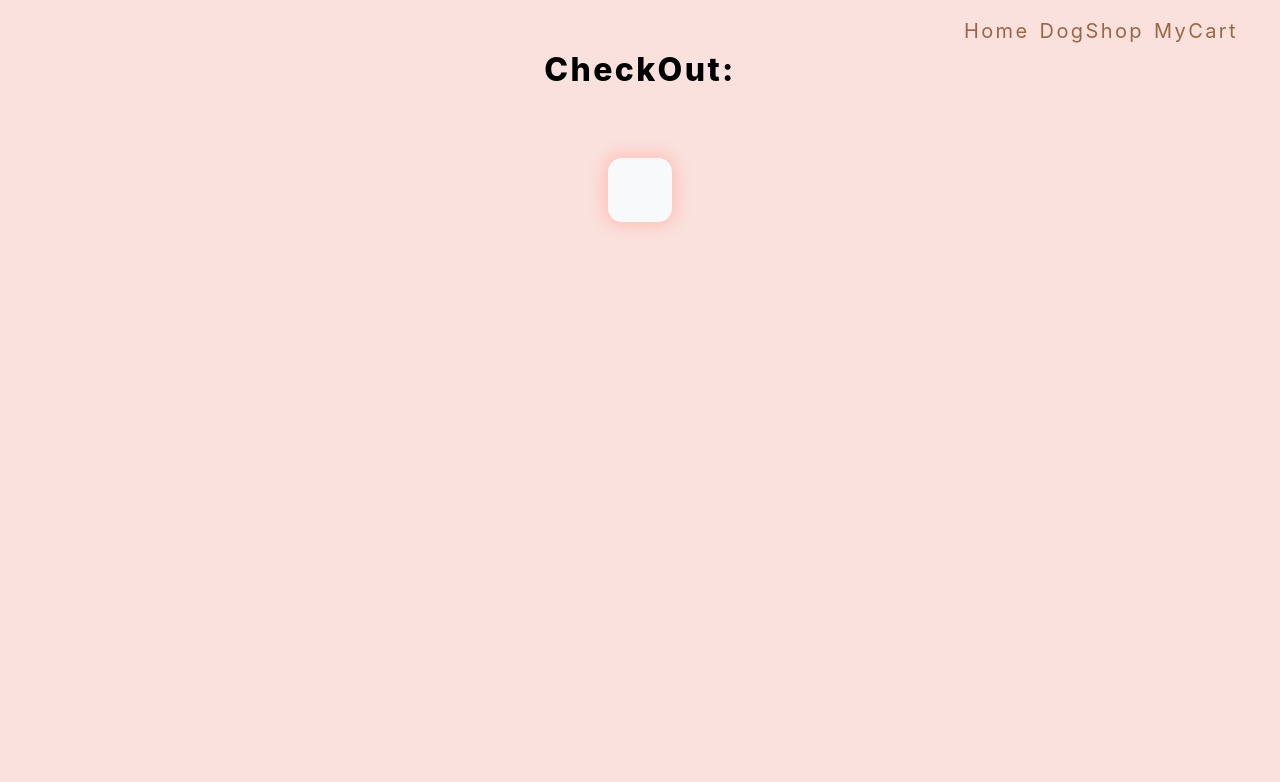
Repository: hoangbayern/dog_shop
Page: /cart (app in frontend/)
An editor plug-in stored every save of this project. The page is shown before and after the next save, followed by the edit.
The browser window is 1280 px wide. The pictures show the whole page.
The page's requests for data from a server got no answer. The project was rebuilt for these pictures with package versions that can differ from the ones it lists, and the page was loaded fresh each time. No one was signed in, and anything a server would have sent is missing. Also part of the build but not shown: frontend/src/components/Home/Home.jsx, frontend/src/components/Dogs/dogs.css, frontend/src/components/Dogs/DogsCart.jsx, frontend/src/components/Dogs/DogPage.jsx.

Above is the page before, as saved 2023-08-04 00:16:08.

### frontend/src/App.js
import "./App.css";
import { BrowserRouter, Routes, Route } from "react-router-dom";
import { Home } from "./components/Home/Home";
import { DogPage } from "./components/Dogs/DogPage";
import { MyCart } from "./components/Cart/MyCart";
import { Navbar } from "./components/Navbar/Navbar";
import { useEffect, useState } from "react";
import axios from "axios";
import { CartContext } from "./components/Contexts/CartContext";

function App() {
  const [allDogs, setAllDogs] = useState([]);
  const [myCart, addCart] = useState([]);

  useEffect(() => {
    async function getUser() {
      try {
        const response = await axios.get("http://localhost:8080/v1/dogs");
        console.log(response);
        setAllDogs(response.data);
      } catch (error) {
        console.error(error);
      }
    }
    getUser();
  }, []);
  return (
    <>
      <CartContext.Provider value={{myCart, addCart}}>
        <BrowserRouter>
          <Navbar />
          <div className="page-container">
            <Routes>
              <Route>
                <Route path="/" element={<Home />} />
                <Route path="/dogs" element={<DogPage allDogs={allDogs} />} />
                <Route path="/cart" element={<MyCart />} />
              </Route>
            </Routes>
          </div>
        </BrowserRouter>
      </CartContext.Provider>
    </>
  );
}

export default App;

### frontend/src/App.css
*,
*::before,
*::after {

  box-sizing: border-box;
  padding:0;
  margin: 0;
}

body {
  background-color: #fae1dd;
  min-height: 100vh;
  scroll-behavior: smooth;
  text-rendering: optimizeSpeed;
  line-height: 1.5;
  padding:1rem 2rem 1rem 2rem;
  font-size:1.25rem;
  letter-spacing: 0.15rem;
  font-family: 'Inter', sans-serif;
}

.page-container{
  display:flex;
  justify-content:center;
  height: 100vh;
}

### frontend/src/components/Cart/MyCart.jsx
import React, { useContext } from "react";
import { CartContext } from "../Contexts/CartContext";
import "./cart.css";

export const MyCart = () => {
  const { myCart } = useContext(CartContext);
  return (
    <>
      <section className="cart-container">
        <div className="cart-header">CheckOut:</div>
        <div className="cart-items">
          {myCart.map((item) => {
            return (
              <div className="cart-items">
                <img src={item.image} className="cart-item-img" alt="" />
                <span>{item.name}: {item.price}</span>
              </div>
            );
          })}
        </div>
      </section>
    </>
  );
};

### frontend/src/components/Navbar/Navbar.jsx
import React from 'react'
import { Link } from 'react-router-dom'
import "./narbar.css";

export const Navbar = () => {
  return (
    <>
        <div className='navbar'>
            <Link to='/'> Home </Link>
            <Link to='/dogs'> DogShop </Link>
            <Link to='/cart'> MyCart </Link>
        </div>
    </>
  )
}

### frontend/src/components/Contexts/CartContext.js
import { createContext } from "react";

export const CartContext = createContext([{}]);

### frontend/src/components/Cart/cart.css
.cart-container {
    display: flex;
    flex-direction: column;
    align-items: center;
  }
  .cart-items {
    text-align: center;
    margin-top: 4rem;
    background-color: #f8f9fa;
    box-shadow: 0px 0px 15px 5px #fec5bb;
    border-radius: 14px;
    font-size: 1.5rem;
    padding: 2rem;
  }
  .cart-item {
    display: flex;
    align-items: center;
    margin-bottom: 3rem;
  }
  .cart-header {
    font-size: 2rem;
    font-weight: 800;
  }
  .cart-item-img {
    border-radius: 50%;
    object-fit: cover;
    width: 70px;
    height: 70px;
    margin: 0rem 2rem 0 0;
  }

  .cart-total {
    font-weight: 800;
  }
  .cart-checkout {
    border: none;
    background-color: #fec5bb;
    border-radius: 14px;
    padding: 1rem;
    margin-top: 2rem;
    cursor: pointer;
    font-size: 1.5rem;
    transition:200ms ease-in-out;
  }
  .cart-checkout:hover, .cart-gohome:hover{
    background-color: #ff8fa3;
  }

  .cart-gohome {
    border: none;
    background-color: white;
    border-radius: 14px;
    padding: 1rem;
    margin-top: 2rem;
    cursor: pointer;
    font-size: 1rem;
    transition:200ms ease-in-out;
  }

### frontend/src/components/Navbar/narbar.css
.navbar {
    display: flex;
    justify-content: end;
    flex-direction: row;
}
.navbar > * {
    padding-right: 10px;
    text-decoration: none;
    color: #9c6644;
}
.navbar > *:hover {
    color: #e76f51;
}

Loaded but not shown: frontend/src/index.js (common file)

After the next save:
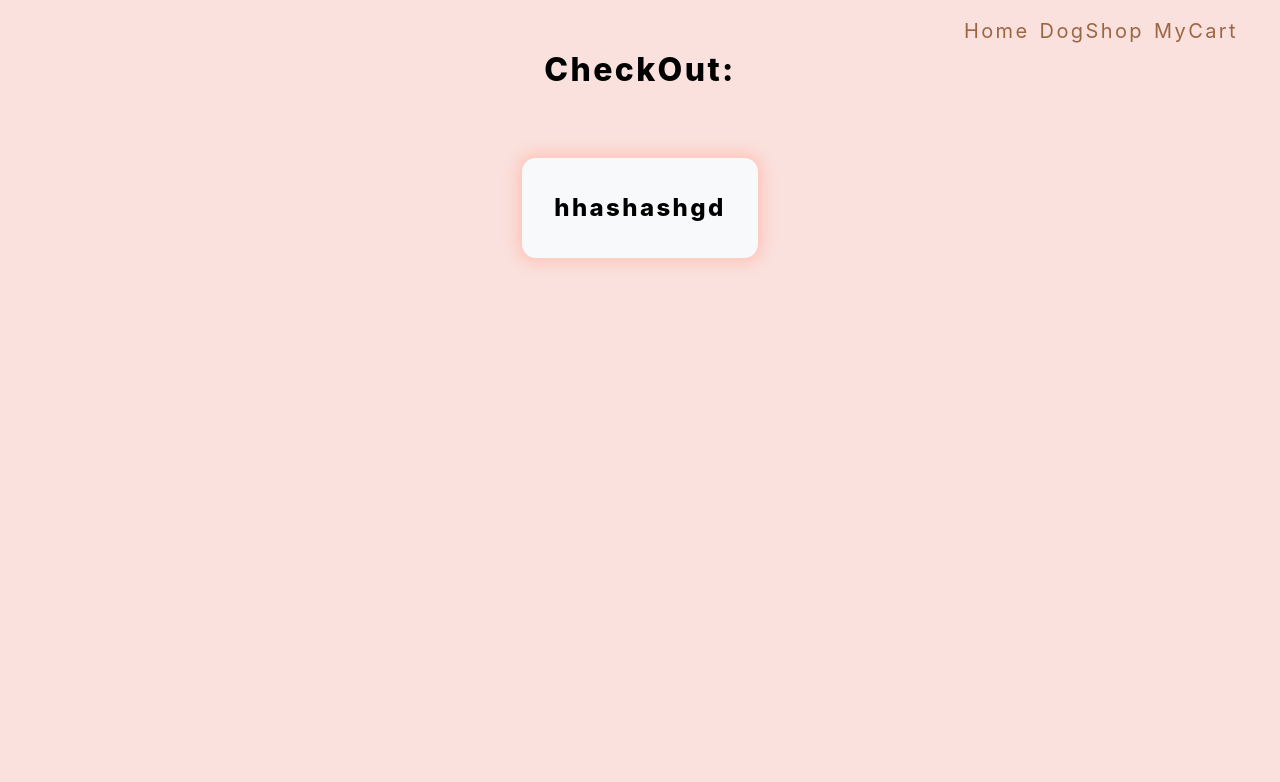
Saved 4 min 58 s later.
--- a/frontend/src/components/Cart/MyCart.jsx
+++ b/frontend/src/components/Cart/MyCart.jsx
@@ -17,6 +17,7 @@ export const MyCart = () => {
               </div>
             );
           })}
+          <div className="cart-total">hhashashgd</div>
         </div>
       </section>
     </>
